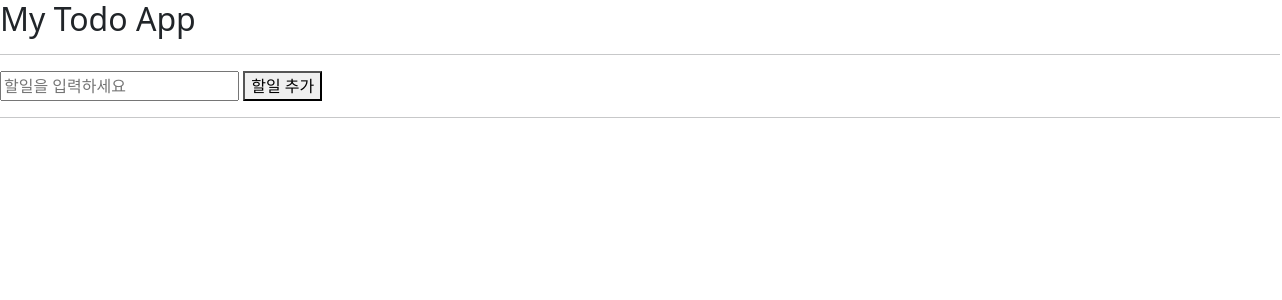
Repository: VvsJaemin/jsp-spring
Page: jwbook/src/main/webapp/ch03/todoapp.html
These files come from the project's save history. The page is drawn as it stood at one moment and after the next save; the edit follows.
The browser window is 1280 px wide. The page is 1280 px wide, then 1282 px, so the pictures cover 1282 px, including what lies to the right of the window. The pictures show the whole page.

Above is the page before, as saved 2021-12-19 07:19:48.

### jwbook/src/main/webapp/ch03/todoapp.html
<!DOCTYPE html>
<html>
<head>
<meta charset="utf-8">
<title>Insert title here</title>
<link href="https://cdn.jsdelivr.net/npm/bootstrap@5.1.3/dist/css/bootstrap.min.css" rel="stylesheet" integrity="sha384-1BmE4kWBq78iYhFldvKuhfTAU6auU8tT94WrHftjDbrCEXSU1oBoqyl2QvZ6jIW3" crossorigin="anonymous">
</head>
<body>
	<div>
		<h2>My Todo App</h2>
		<hr>
	</div>
	<div>
		<input id="item" type="text" placeholder="할일을 입력하세요">
		<button type="button" onclick="addItem()">할일 추가</button>
	<hr>
	<ul id="todolist"></ul>
	</div>
</body>
</html>

After the next save:
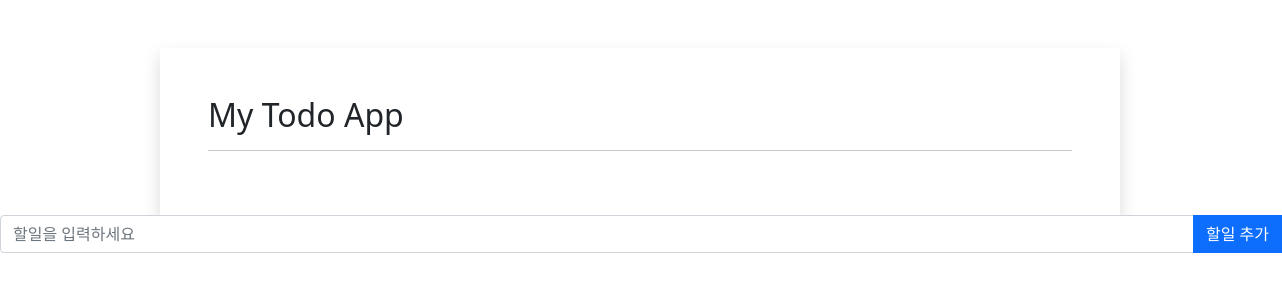
Saved 11 min 0 s later.
--- a/jwbook/src/main/webapp/ch03/todoapp.html
+++ b/jwbook/src/main/webapp/ch03/todoapp.html
@@ -6,15 +6,15 @@
 <link href="https://cdn.jsdelivr.net/npm/bootstrap@5.1.3/dist/css/bootstrap.min.css" rel="stylesheet" integrity="sha384-1BmE4kWBq78iYhFldvKuhfTAU6auU8tT94WrHftjDbrCEXSU1oBoqyl2QvZ6jIW3" crossorigin="anonymous">
 </head>
 <body>
-	<div>
+	<div class="container bg-waring shadow mx-auto mt-5 p-5 w-75">
 		<h2>My Todo App</h2>
 		<hr>
 	</div>
-	<div>
-		<input id="item" type="text" placeholder="할일을 입력하세요">
-		<button type="button" onclick="addItem()">할일 추가</button>
+	<div class="input-group">
+		<input id="item" class="form-control" type="text" placeholder="할일을 입력하세요">
+		<button type="button" class="btn btn-primary" onclick="addItem()">할일 추가</button>
 	<hr>
-	<ul id="todolist"></ul>
+	<ul id="todolist" class="list-group"></ul>
 	</div>
 </body>
 </html>
